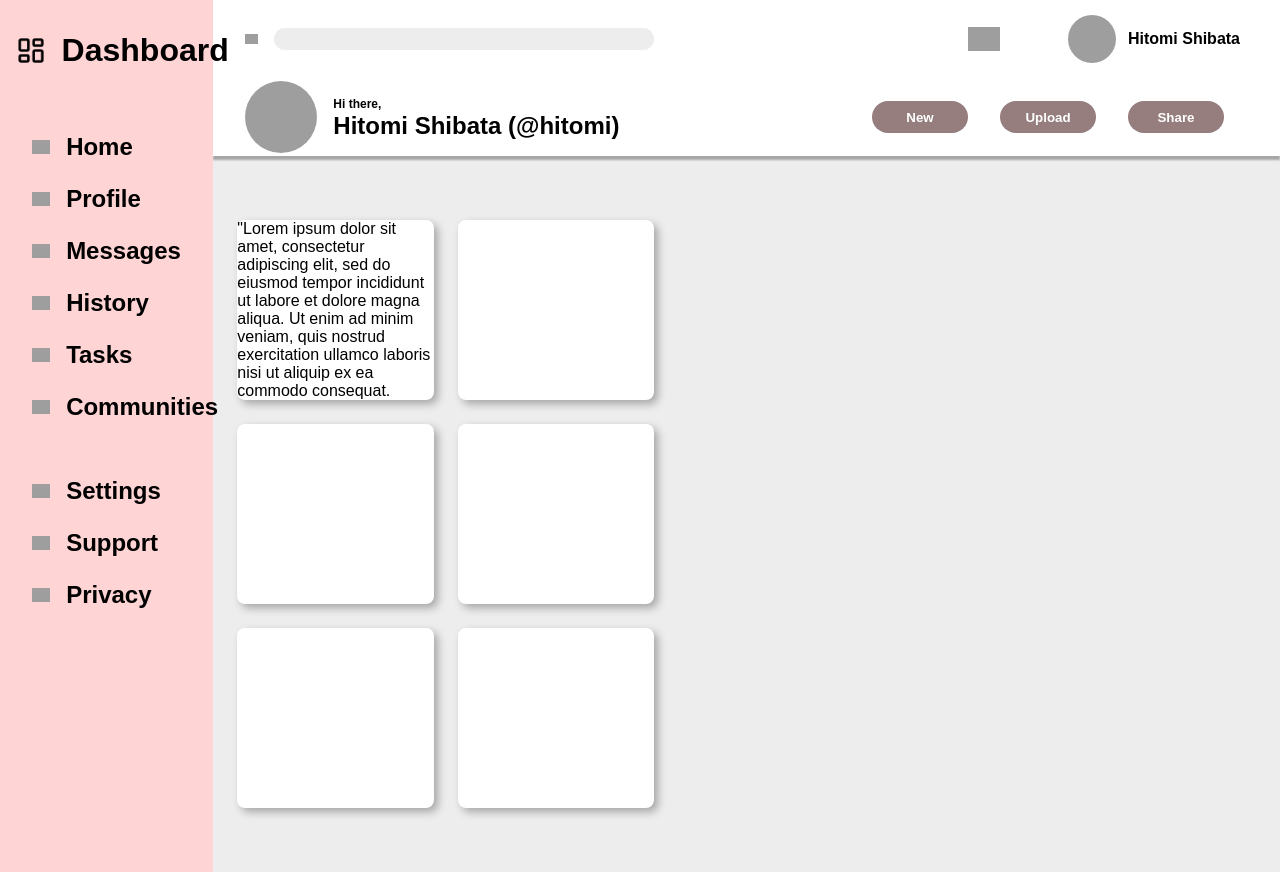
Repository: yeetzpxoci/dashboard
Page: index.html
The author's editor kept a copy of each file at every save. The page is drawn from the files as they stood at one save, then again after a run of saves.
The browser window is 1280 px wide. The pictures show the whole page.
Pictures or frames that could not be fetched are drawn as grey boxes.

Above is the page before, as saved 2023-02-18 17:30:00.

After the next 2 saves:
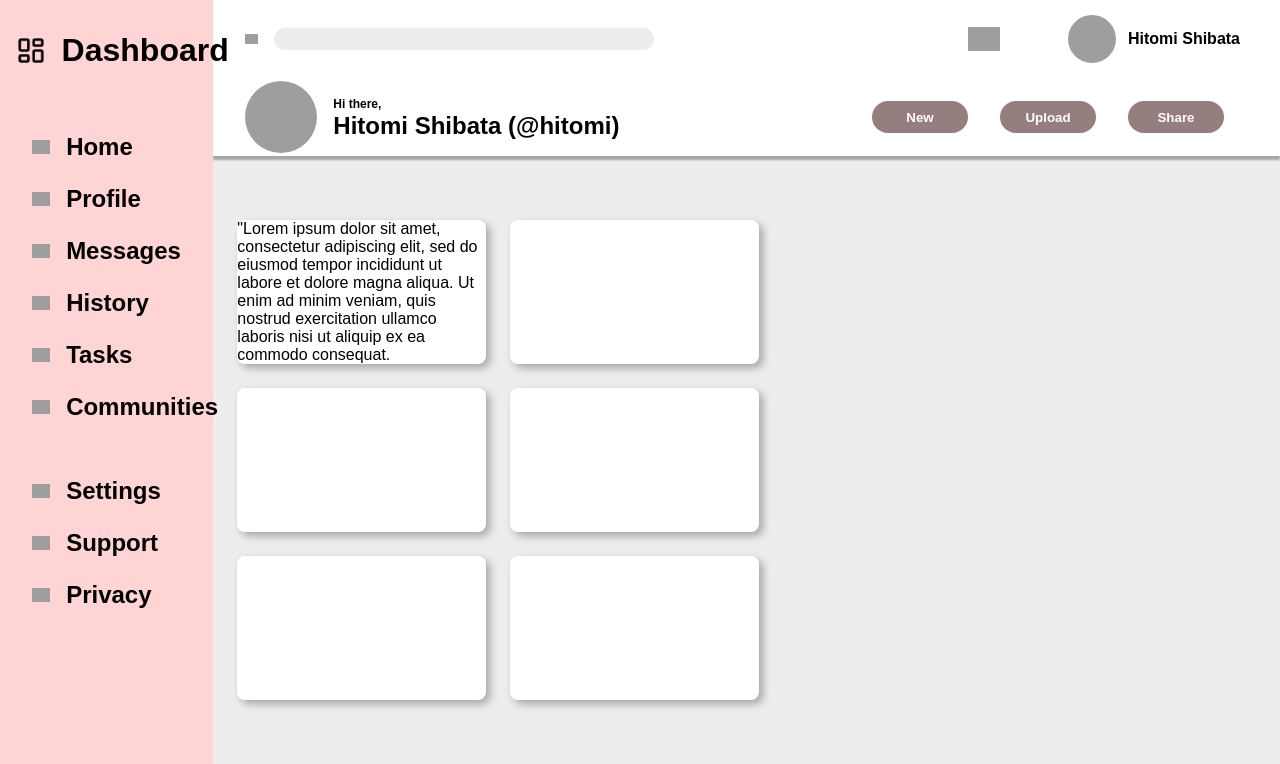
The 2 saves are shown as one change because they came seconds apart.
The last was saved 17 s later.
--- a/styles.css
+++ b/styles.css
@@ -155,7 +155,7 @@ button {
     padding-top: 64px;
     padding-bottom: 64px;
     display: grid;
-    grid-template-columns: 2fr 1fr;
+    grid-template-columns: 5fr 1fr;
 }
 
 .projects {
